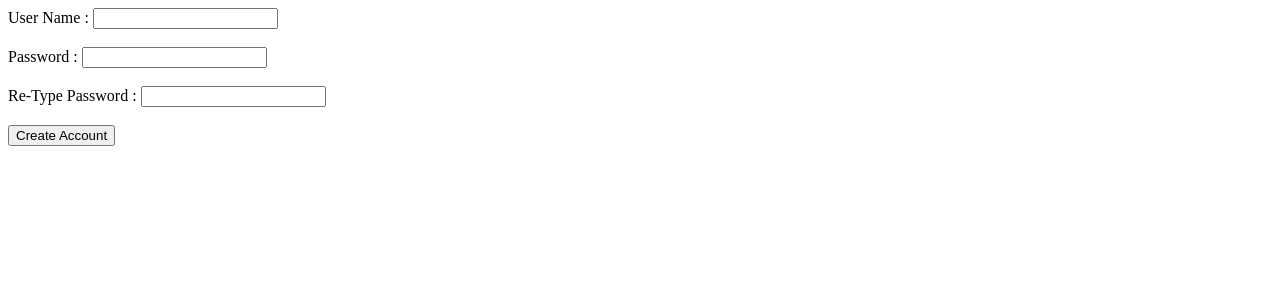
Repository: GitOn1t/Dummy
Page: http://localhost/Management/AddUser.jsp
These files come from the project's save history. The page is drawn as it stood at one moment and after the next save; the edit follows.
The browser window is 1280 px wide. The pictures show the whole page.
The page is served by Tomcat 9. Other server files are loaded and not shown.

Above is the page before, as saved 2025-05-07 09:31:43.

### LibraryManagement/Management/src/main/webapp/AddUser.jsp
<%@ page language="java" contentType="text/html; charset=ISO-8859-1"
    pageEncoding="ISO-8859-1"%>
<!DOCTYPE html>
<html>
<head>
<meta charset="ISO-8859-1">
<title>Insert title here</title>
</head>
<body>
	<form method="post" action="AddUser.jsp">
		User Name :
		<input type="text" name="userName" /> <br/><br/>
		Password :
		<input type="password" name="passWord" /> <br/><br/>
		Re-Type Password :
		<input type="password" name="retypePassCode" /> <br/><br/>
		<input type="submit" value="Create Account" />
	</form>
	<%
		if (request.getParameter("userName")!=null &&
			request.getParameter("passWord")!=null
				) {
			String pwd = request.getParameter("passWord");
			String reType = request.getParameter("retypePassCode");
			if (pwd.equals(reType)) {
	%>
	<jsp:useBean id="libUsers" class="com.java.lib.model.LibUsers" />
	<jsp:useBean id="libDao" class="com.java.lib.dao.LibraryDaoImpl" />
	<jsp:setProperty property="*" name="libUsers"/>
	<%=libDao.createUser(libUsers) %>
	<%
			}
		}
	%>
</body>
</html>

### LibraryManagement/Management/src/main/java/com/java/lib/model/LibUsers.java
package com.java.lib.model;

public class LibUsers {

	private String userName;
	private String passWord;

	public String getUserName() {
		return userName;
	}
	public void setUserName(String userName) {
		this.userName = userName;
	}
	public String getPassWord() {
		return passWord;
	}
	public void setPassWord(String passWord) {
		this.passWord = passWord;
	}

	public LibUsers(String userName, String passWord) {
		this.userName = userName;
		this.passWord = passWord;
	}
	public LibUsers() {

	}


}

### LibraryManagement/Management/src/main/java/com/java/lib/dao/LibraryDao.java
package com.java.lib.dao;

import java.sql.SQLException;
import java.util.List;

import com.java.lib.model.Books;
import com.java.lib.model.LibUsers;

public interface LibraryDao {

    String createUser(LibUsers libUsers) throws ClassNotFoundException, SQLException;

    int login(LibUsers libUsers) throws ClassNotFoundException, SQLException;

    List<Books> searchBooks(String searchType, String searchValue) throws ClassNotFoundException, SQLException;

    // 🔹 New method added to handle book issuing
    String issueBook(String userName, int bookId) throws ClassNotFoundException, SQLException;
}

### LibraryManagement/Management/src/main/java/com/java/lib/dao/LibraryDaoImpl.java
package com.java.lib.dao;

import java.sql.Connection;
import java.sql.PreparedStatement;
import java.sql.ResultSet;
import java.sql.SQLException;
import java.util.ArrayList;
import java.util.List;

import com.java.lib.model.Books;
import com.java.lib.model.LibUsers;
import com.java.lib.util.ConnectionHelper;
import com.java.lib.util.EncryptPassword;

public class LibraryDaoImpl implements LibraryDao {

    Connection connection;
    PreparedStatement psmt;

    @Override
    public String createUser(LibUsers libUsers) throws ClassNotFoundException, SQLException {
        String encr = EncryptPassword.getCode(libUsers.getPassWord());
        connection = ConnectionHelper.getConnection();
        String cmd = "Insert into LibUsers(UserName,Password) values(?,?)";
        psmt = connection.prepareStatement(cmd);
        psmt.setString(1, libUsers.getUserName());
        psmt.setString(2, encr);
        psmt.executeUpdate();
        return "User Account Created Successfully...";
    }

    @Override
    public int login(LibUsers libUsers) throws ClassNotFoundException, SQLException {
        String encr = EncryptPassword.getCode(libUsers.getPassWord());
        connection = ConnectionHelper.getConnection();
        String cmd = "select count(*) cnt from LibUsers where UserName = ? AND Password = ?";
        psmt = connection.prepareStatement(cmd);
        psmt.setString(1, libUsers.getUserName());
        psmt.setString(2, encr);
        ResultSet rs = psmt.executeQuery();
        rs.next();
        int count = rs.getInt("cnt");
        return count;
    }

    @Override
    public List<Books> searchBooks(String searchType, String searchValue) throws ClassNotFoundException, SQLException {
        String cmd;
        boolean isValid = true;

        if (searchType.equals("id")) {
            cmd = "SELECT * FROM Books WHERE Id = ?";
        } else if (searchType.equals("bookname")) {
            cmd = "SELECT * FROM Books WHERE Name = ?";
        } else if (searchType.equals("authorname")) {
            cmd = "SELECT * FROM Books WHERE Author = ?";
        } else if (searchType.equals("dept")) {
            cmd = "SELECT * FROM Books WHERE Dept = ?";
        } else {
            isValid = false;
            cmd = "SELECT * FROM Books";
        }

        connection = ConnectionHelper.getConnection();
        psmt = connection.prepareStatement(cmd);

        if (isValid) {
            psmt.setString(1, searchValue);
        }

        ResultSet rs = psmt.executeQuery();
        Books books = null;
        List<Books> booksList = new ArrayList<Books>();

        while (rs.next()) {
            books = new Books();
            books.setId(rs.getInt("id"));
            books.setName(rs.getString("name"));
            books.setAuthor(rs.getString("author"));
            books.setEdition(rs.getString("edition"));
            books.setDept(rs.getString("dept"));
            books.setNoOfBooks(rs.getInt("TotalBooks"));
            booksList.add(books);
        }

        return booksList;
    }

    // ✅ New method added to issue a book
    @Override
    public String issueBook(String userName, int bookId) throws ClassNotFoundException, SQLException {
        connection = ConnectionHelper.getConnection();

        // Step 1: Check availability
        String checkQuery = "SELECT TotalBooks FROM Books WHERE id = ?";
        PreparedStatement checkStmt = connection.prepareStatement(checkQuery);
        checkStmt.setInt(1, bookId);
        ResultSet rs = checkStmt.executeQuery();

        if (rs.next()) {
            int count = rs.getInt("TotalBooks");
            if (count <= 0) {
                return "Book ID " + bookId + " is not available.";
            }
        } else {
            return "Book ID " + bookId + " does not exist.";
        }

        // Step 2: Insert into IssuedBooks
        String insertCmd = "INSERT INTO IssuedBooks(UserName, BookID, IssueDate) VALUES (?, ?, CURRENT_DATE)";
        PreparedStatement insertStmt = connection.prepareStatement(insertCmd);
        insertStmt.setString(1, userName);
        insertStmt.setInt(2, bookId);
        insertStmt.executeUpdate();

        // Step 3: Update Books table to reduce count
        String updateCmd = "UPDATE Books SET TotalBooks = TotalBooks - 1 WHERE id = ?";
        PreparedStatement updateStmt = connection.prepareStatement(updateCmd);
        updateStmt.setInt(1, bookId);
        updateStmt.executeUpdate();

        return "Book ID " + bookId + " issued successfully to " + userName + ".";
    }
}

After the next save:
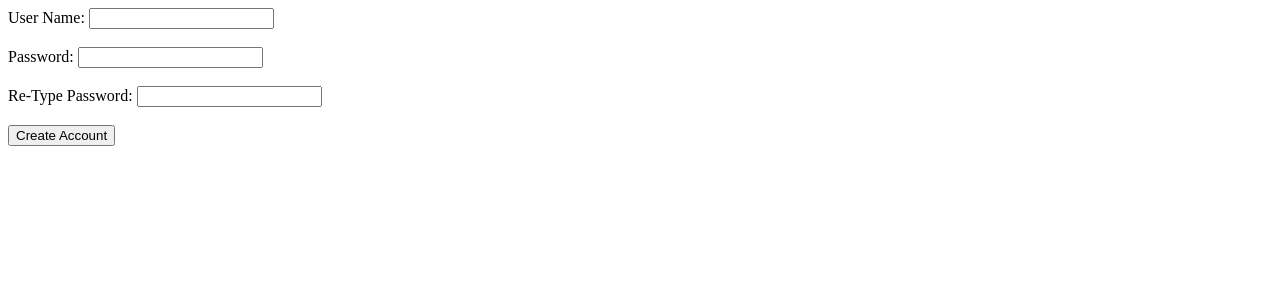
Saved 2 min 46 s later.
--- a/LibraryManagement/Management/src/main/webapp/AddUser.jsp
+++ b/LibraryManagement/Management/src/main/webapp/AddUser.jsp
@@ -1,36 +1,48 @@
-<%@ page language="java" contentType="text/html; charset=ISO-8859-1"
-    pageEncoding="ISO-8859-1"%>
+<%@ page language="java" contentType="text/html; charset=ISO-8859-1" pageEncoding="ISO-8859-1"%>
 <!DOCTYPE html>
 <html>
 <head>
 <meta charset="ISO-8859-1">
-<title>Insert title here</title>
+<title>Create Account</title>
+<script>
+  function validatePasswords() {
+    const password = document.getElementById('passWord').value;
+    const confirmPassword = document.getElementById('retypePassCode').value;
+    if (password !== confirmPassword) {
+      alert('Passwords do not match!');
+      return false;
+    }
+    return true;
+  }
+</script>
 </head>
 <body>
-	<form method="post" action="AddUser.jsp">
-		User Name :
-		<input type="text" name="userName" /> <br/><br/>
-		Password :
-		<input type="password" name="passWord" /> <br/><br/>
-		Re-Type Password :
-		<input type="password" name="retypePassCode" /> <br/><br/>
-		<input type="submit" value="Create Account" />
-	</form>
-	<%
-		if (request.getParameter("userName")!=null &&
-			request.getParameter("passWord")!=null
-				) {
-			String pwd = request.getParameter("passWord");
-			String reType = request.getParameter("retypePassCode");
-			if (pwd.equals(reType)) {
-	%>
-	<jsp:useBean id="libUsers" class="com.java.lib.model.LibUsers" />
-	<jsp:useBean id="libDao" class="com.java.lib.dao.LibraryDaoImpl" />
-	<jsp:setProperty property="*" name="libUsers"/>
-	<%=libDao.createUser(libUsers) %>
-	<%
-			}
-		}
-	%>
+  <form method="post" action="AddUser.jsp" onsubmit="return validatePasswords()">
+    User Name:
+    <input type="text" name="userName" required /> <br/><br/>
+    Password:
+    <input type="password" name="passWord" id="passWord" required /> <br/><br/>
+    Re-Type Password:
+    <input type="password" name="retypePassCode" id="retypePassCode" required /> <br/><br/>
+    <input type="submit" value="Create Account" />
+  </form>
+  <%
+    if (request.getParameter("userName") != null && request.getParameter("passWord") != null) {
+      String pwd = request.getParameter("passWord");
+      String reType = request.getParameter("retypePassCode");
+      if (pwd.equals(reType)) {
+  %>
+  <jsp:useBean id="libUsers" class="com.java.lib.model.LibUsers" />
+  <jsp:useBean id="libDao" class="com.java.lib.dao.LibraryDaoImpl" />
+  <jsp:setProperty property="*" name="libUsers"/>
+  <%= libDao.createUser(libUsers) %>
+  <%
+      } else {
+  %>
+  <p style="color: red;">Passwords do not match. Please try again.</p>
+  <%
+      }
+    }
+  %>
 </body>
 </html>
